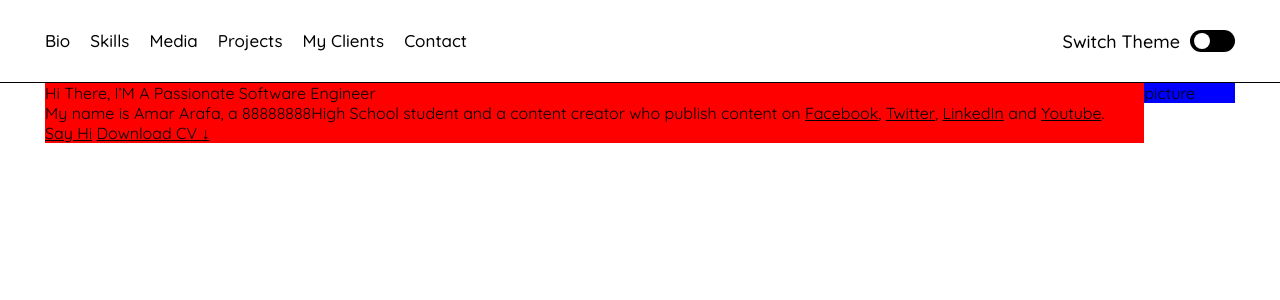
Repository: benarafa1/personal-website
Page: index.html
The author's editor kept a copy of each file at every save. The page is drawn from the files as they stood at one save, then again after the next save.
The browser window is 1280 px wide. The pictures show the whole page.

Above is the page before, as saved 2025-04-12 07:06:24.

After the next save:
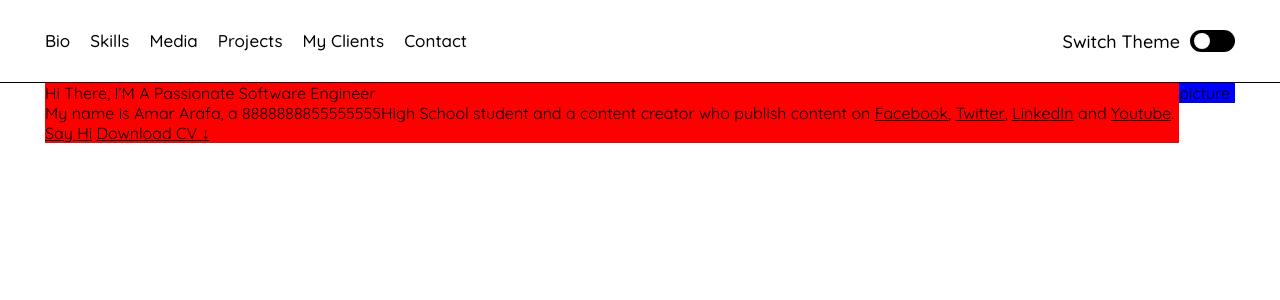
Saved 11 s later.
--- a/index.html
+++ b/index.html
@@ -44,9 +44,9 @@
             Hi There, I’M A Passionate Software Engineer
           </h1>
           <p class="bio__objevtive">
-            My name is <span class="bio__name">Amar Arafa</span>, a 88888888High
-            School student and a content creator who publish content on
-            <a href="#" class="bio__Facebook">Facebook</a>,
+            My name is <span class="bio__name">Amar Arafa</span>, a
+            8888888855555555High School student and a content creator who
+            publish content on <a href="#" class="bio__Facebook">Facebook</a>,
             <a href="#" class="bio__Twitter">Twitter</a>,
             <a href="#" class="bio__LinkedIn">LinkedIn</a> and
             <a href="#" class="bio__Youtube">Youtube</a>.
